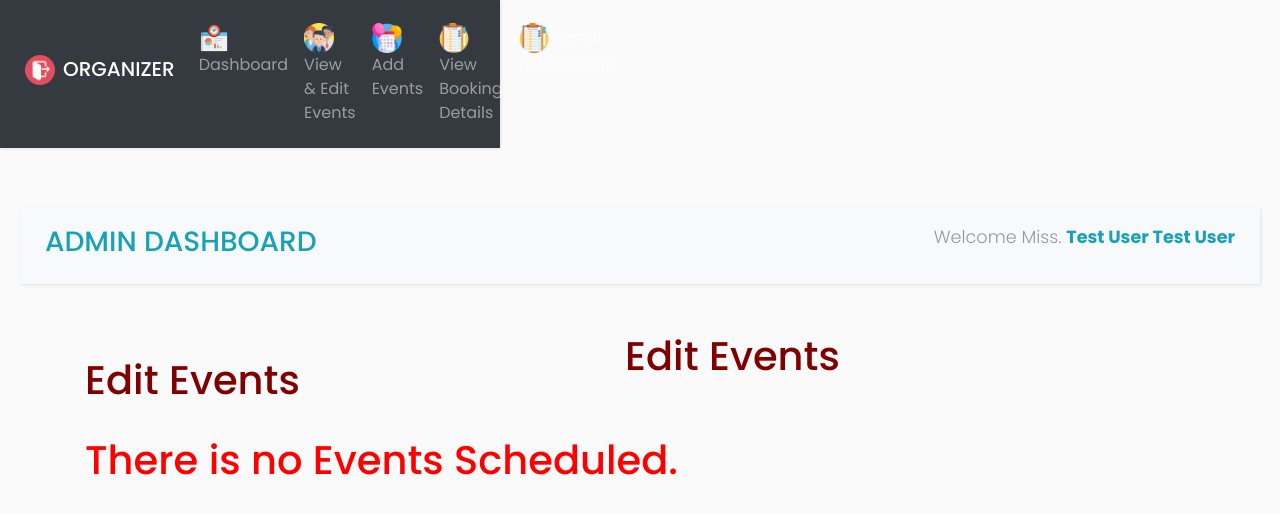
Repository: kalaprabhakar/Event_Management
Page: http://localhost/Event_Management_System/WEB-INF/pages/edit_event.jsp
These files come from the project's save history. The page is drawn as it stood at one moment and after the next save; the edit follows.
The browser window is 1280 px wide. The pictures show the whole page.
An inner scrolling area shows only its first screen. Some web libraries are served in a nearby version. The page is served by Tomcat 10. The session is filled in as if someone had signed in: {"Admin_firstname": "Test User", "Admin_lastname": "Test User", "Admin_email": "test@example.com", "Admin_phone": 1, "Admin_address": 1, "Admin_gender": 1, "Admin_id": 1, "Admin_role": "admin", "User_firstname": "Test User", "User_lastname": "Test User", "User_email": "test@example.com", "User_phone": 1, "User_address": 1, "User_gender": 1, "User_id": 1, "User_role": "admin"}. The template is opened directly, without the code that normally fills it, so the values that code supplies are empty.

Above is the page before, as saved 2024-05-10 11:33:29.

After the next save:
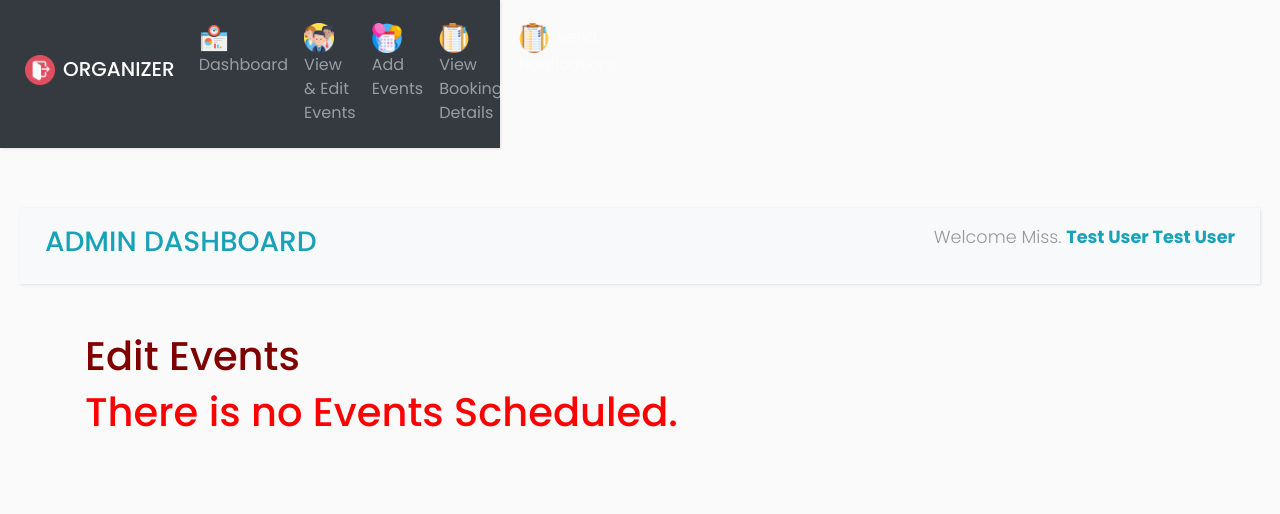
Saved 18 s later.
--- a/Hyscaler/Event_Management_System/src/main/webapp/WEB-INF/pages/edit_event.jsp
+++ b/Hyscaler/Event_Management_System/src/main/webapp/WEB-INF/pages/edit_event.jsp
@@ -56,7 +56,7 @@ if (session.getAttribute("Admin_email") == null) {
 				<!-- For Demo Purpose -->
 				<div class="col-md-12 col-lg-6 col-sm-12 mb-5">
 					<!-- <img src="assets/picture/icons/thumbs-up.png" alt="" class="img-fluid mb-3 d-none d-md-block"> -->
-					<h1 style="text-align: right; color: maroon;">Edit Events</h1>
+
 
 					<c:if test="${not empty Msg }">
 						<div
